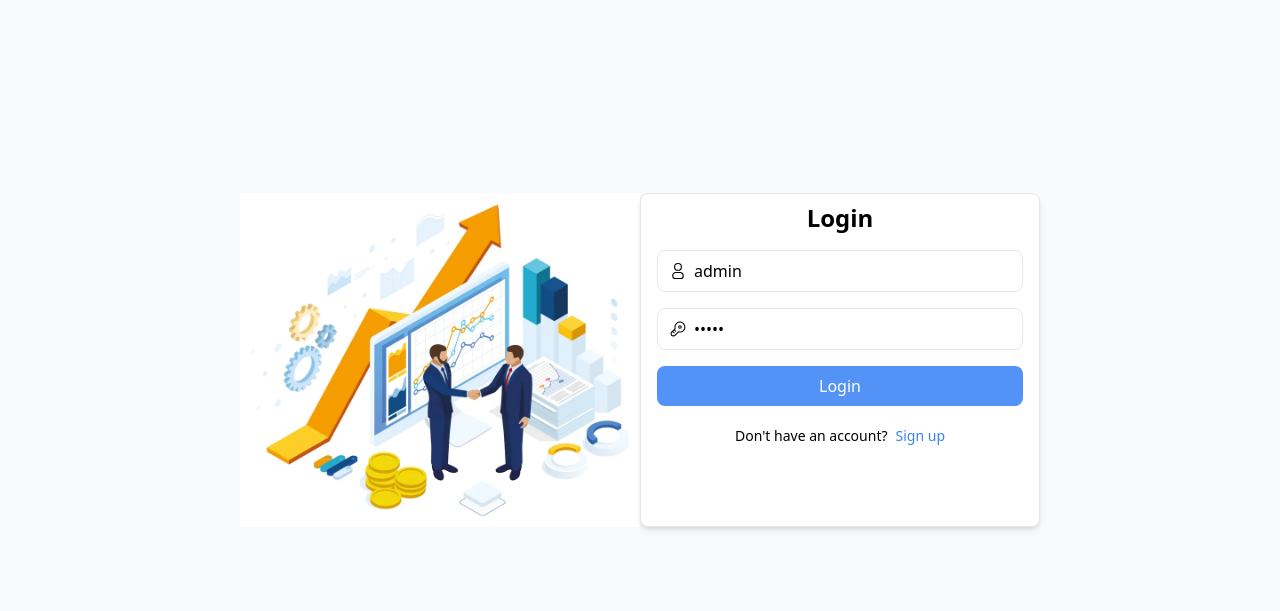
Repository: Fortivera/yourestate
Page: /
These files come from the project's save history. The page is drawn as it stood at one moment and after the next save; the edit follows.
The browser window is 1280 px wide. The pictures show the whole page.
The project was rebuilt for these pictures with package versions that can differ from the ones it lists, and the page was loaded fresh each time. The framework's server and built-in components were replaced by stand-ins that run in the browser. Also part of the build but not shown: next.config.js.

Above is the page before, as saved 2023-11-02 14:05:07.

After the next save:
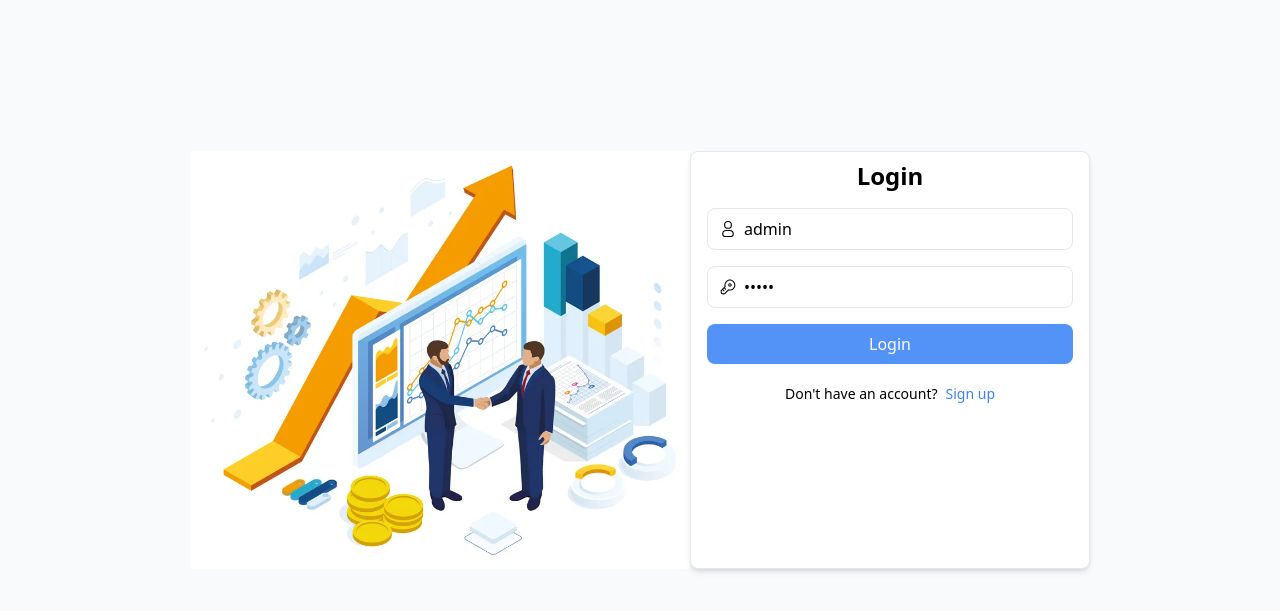
Saved 13 s later.
--- a/src/app/page.tsx
+++ b/src/app/page.tsx
@@ -8,7 +8,7 @@ export default function Login() {
     <div className="min-h-screen bg-gray-50 flex items-center justify-center">
       <div className="flex justify-center w-full px-4 py-10 tablet:w-[540px] laptop:w-[1000px]">
         <div className="flex laptop:flex-row tablet:flex-col mobile:flex-col">
-          <figure className="max-w-[400px]  ">
+          <figure className="max-w-[500px]  ">
             <Image src="/static/growth.jpg" alt="login page picture" layout="responsive" width={500} height={700} className={""} />
           </figure>
           <div className="w-[400px] px-4 pb-8 pt-2 bg-white border rounded-lg shadow-md">
